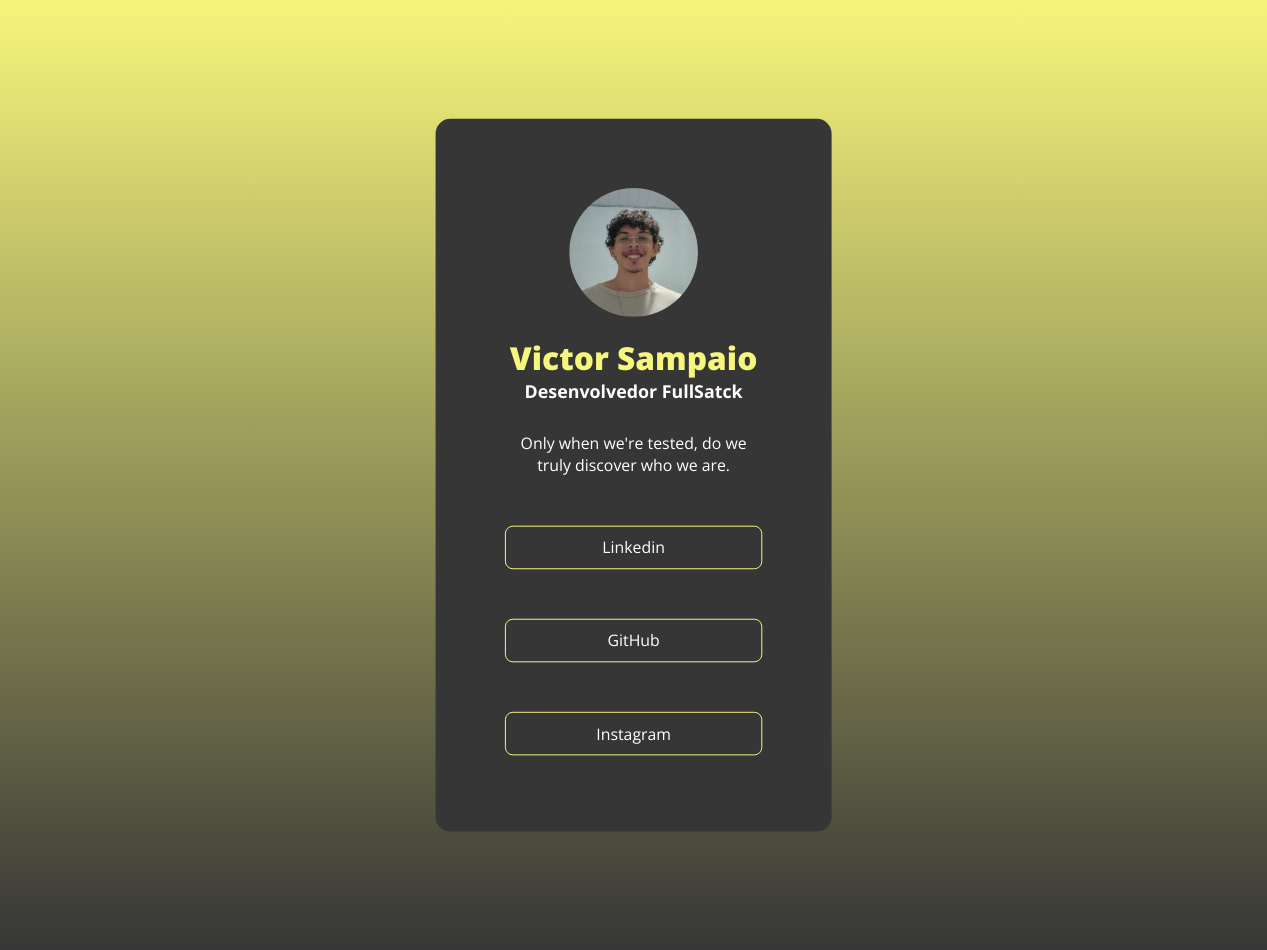
Repository: VictorSampaioDev/linkthree-gt9
Page: index.html
The author's editor kept a copy of each file at every save. The page is drawn from the files as they stood at one save, then again after a run of saves.
The browser window is 1280 px wide. The pictures show the whole page, at 99% of full size.

Above is the page before, as saved 2025-04-11 08:42:00.

After the next 3 saves:
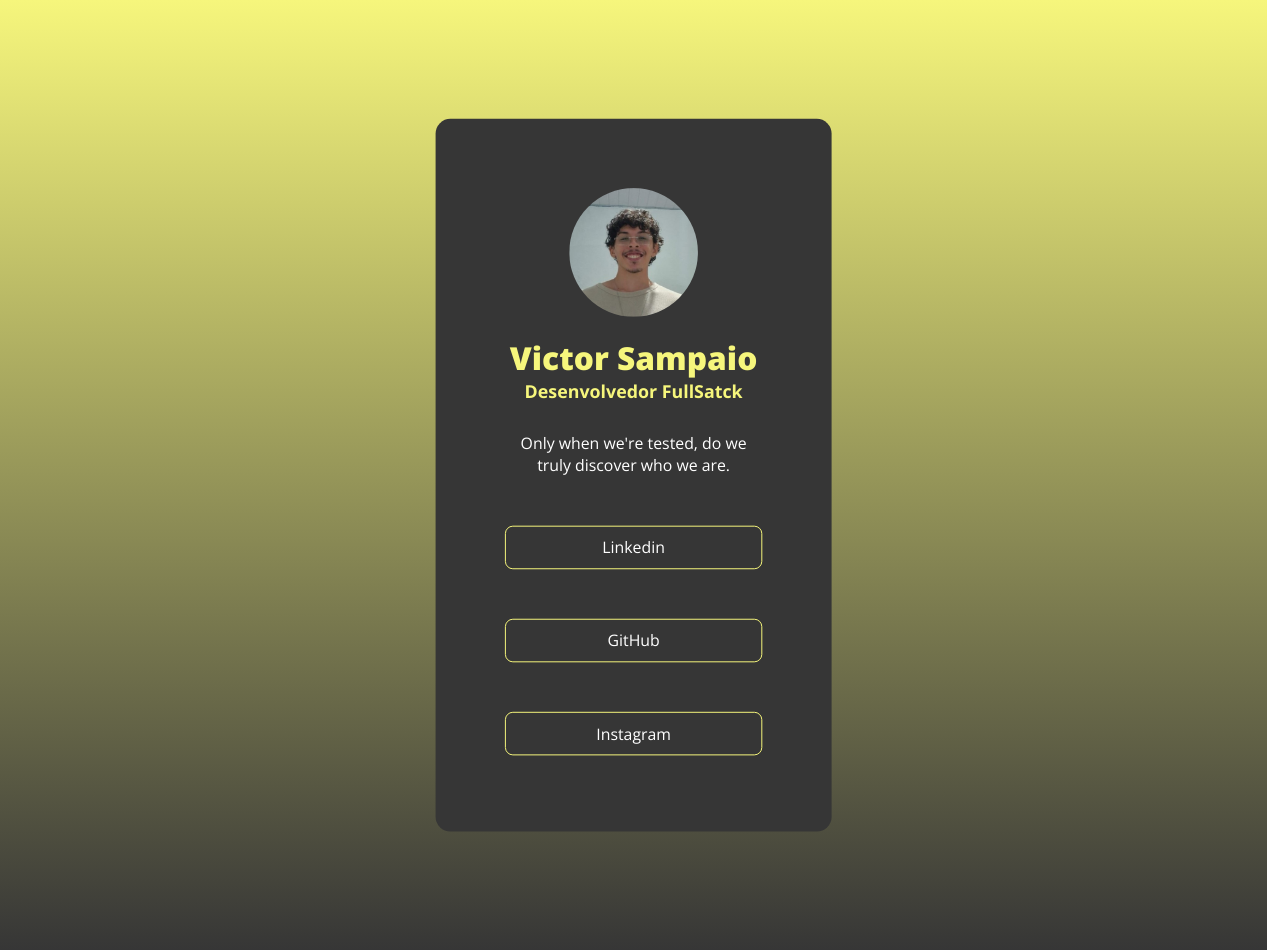
The 3 saves are shown as one change because they came seconds apart.
The last was saved 18 min 34 s later.
--- a/style.css
+++ b/style.css
@@ -39,7 +39,7 @@
 .container-infos h2{
     font-weight: 700;
     font-size: 18px;
-    color: white;
+    color: rgb(246, 246, 124);
 }
 .container-paragrafo{
     margin-top: 30px;
